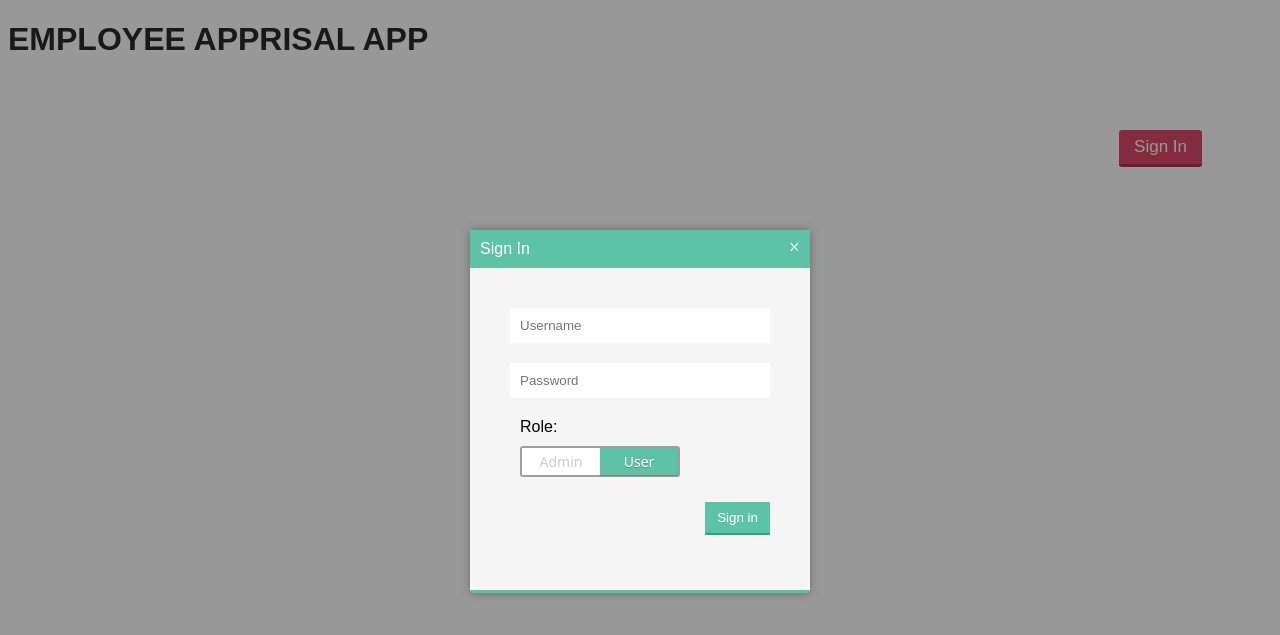
Repository: Mainak-Deb/EmployeeApprisalApp
Page: http://localhost/EmployeeApprisalForm/
These files come from the project's save history. The page is drawn as it stood at one moment and after the next save; the edit follows.
The browser window is 1280 px wide. The pictures show the whole page.
The page is served by Tomcat 9. Other server files are loaded and not shown.

Above is the page before, as saved 2023-06-27 11:09:09.

### EmployeeApprisalForm/src/main/webapp/WEB-INF/views/index.jsp
<%@ page language="java" contentType="text/html; charset=ISO-8859-1"
    pageEncoding="ISO-8859-1"%>
<!DOCTYPE html>
<html>
<head>
<meta charset="ISO-8859-1">
<title>Insert title here</title>
<link rel="stylesheet" href="public/styles/index.css" />
</head>
<body>
<h1>EMPLOYEE APPRISAL APP</h1>
<span class="button">Sign In</span>
<div class="modal-bg">
<div id="modal">
	<span>Sign In<a href="#close" id="close">&#215;</a></span>
	<form  action="login.do" method="post"  >
		<input id="username" name="username" type="text" placeholder="Username" required>
		<input id="password" name="password" type="password" placeholder="Password" required>
		<div>
	         <label for="role">Role:</label> <br>
	         <div class="radio">
				<input label="Admin" type="radio" id="admin" name="role" value="admin">
				<input label="User" type="radio" id="user" name="role" value="user" checked>
			</div>
		</div>

		<button name="submit" id="submit" type="submit">Sign in</button>
	</form>
</div>
</div>
<script src="https://code.jquery.com/jquery-3.6.0.min.js"></script>
<script src="public/js/index.js" ></script>
<script type="text/javascript">
$('.button').click(function(){
	  $('#modal').css('display','block');
	  $('.modal-bg').fadeIn();
});

	$('#close').click(function(){
		  $('.modal-bg').fadeOut();
		  $('#modal').fadeOut();
	  return false;
	});
</script>
</body>
</html>

### EmployeeApprisalForm/src/main/webapp/public/styles/index.css
@charset "ISO-8859-1";
body{
 /* background-color:#292B2C;*/
 font-family: 'PT Sans', sans-serif;
}
a{
	outline: 0;
	text-decoration: none;
}
.modal-bg{
	position:fixed;
	left:0;right:0;
	top:0;bottom:0;
	z-index:100;
	background-color:rgba(50,50,50,0.5);
}

.button{
	position:relative;
	font-size:17px;
	background:#DA244F;
	border-radius: 3px;
	border-bottom: 3px solid #B5002A;
	padding:7px 15px;
	color:#fff;
	cursor:pointer;
	float:right;
	margin:50px 70px;
 	-webkit-transition:margin 100ms;
	-moz-transition:margin 100ms;
	transition:margin 100ms ;
}
.button:active{
   margin: 53px 70px;
}
.button:hover{
	background:#C40532;
}
form{
	display:block;
	margin:30px;
  padding:px;
}
form *{
	margin:10px;
}
input:focus{
  outline:0;
}
input{
	width:240px;
	padding:10px;
	border:none;
	border-radius:1px;
}
button{
	float: right;
	padding: 8px 12px;
	margin-top: 15px;
	background: #5DC3A7;
	border: none;
	color: #fff;
	border-bottom: 2px solid #23AA84;
	border-radius: 1px;
	cursor: pointer;
}
button:active{
	margin: 18px 10px;
}
button:hover{
	background-color: #0FC491;
}
#forgot-link{
	font-size: 14px;
	line-height: 45px;
	color: #5DC3A7;
	display: inline-block;
}
#forgot-link:hover{
	color: #23AA84;
}
#modal{
	position:absolute;
	background-color:#F5F5F6;
	top:50%;
	left:50%;
	z-index:101;
	border-radius:3px;
	width:340px;
	height:360px;
	margin-top:-130px;
	margin-left:-170px;
	border-bottom: 3px solid #5DC3A7;
	box-shadow:0 0 10px 0 rgba(0,0,0,0.3);
}

#modal span{
	display: block;
	background:#5DC3A7;
	padding: 10px;
	color:#fff;
}
#close{
	float: right;
	color: #fff;
  margin-top:-4px;
	font-family: serif;
	font-size: 20px;
}
#close:hover{
	color:gray;
}


.radio {
	border-radius: 3px;
	border: 2px solid #2b2b2b6d;
	display:flex;
	flex-direction:row;
	width:60%;
}

.radio input {
	width: 50%;
	height: auto;
	margin:0px;
	margin-bottom:0px;
	-webkit-appearance: none;
	-moz-appearance: none;
	appearance: none;
	outline: none;
	cursor: pointer;
	border-radius:0px;
	padding: 4px 8px;
	background-color: rgba(255,255,255);
	color: #bdbdbdbd;
	font-size: 14px;
	font-family: system-ui, -apple-system, BlinkMacSystemFont, "Segoe UI", Roboto,
		"Helvetica Neue", Arial, "Noto Sans", sans-serif, "Apple Color Emoji",
		"Segoe UI Emoji", "Segoe UI Symbol", "Noto Color Emoji";
	transition: all 100ms linear;

}

.radio input:checked {
	background-color:  #5DC3A7;
	color: #fff;
	box-shadow: 0 1px 1px #0000002e;
	text-shadow: 0 1px 0px #79485f7a;
}

.radio input:before {
	content: attr(label);
	display: inline-block;
	text-align: center;
	width: 100%;
}

### EmployeeApprisalForm/src/main/webapp/public/js/index.js
$(".button").click(function () {
  $("#modal").css("display", "block");
  $(".modal-bg").fadeIn();
});

$("#close").click(function () {
  $(".modal-bg").fadeOut();
  $("#modal").fadeOut();
  return false;
});

After the next save:
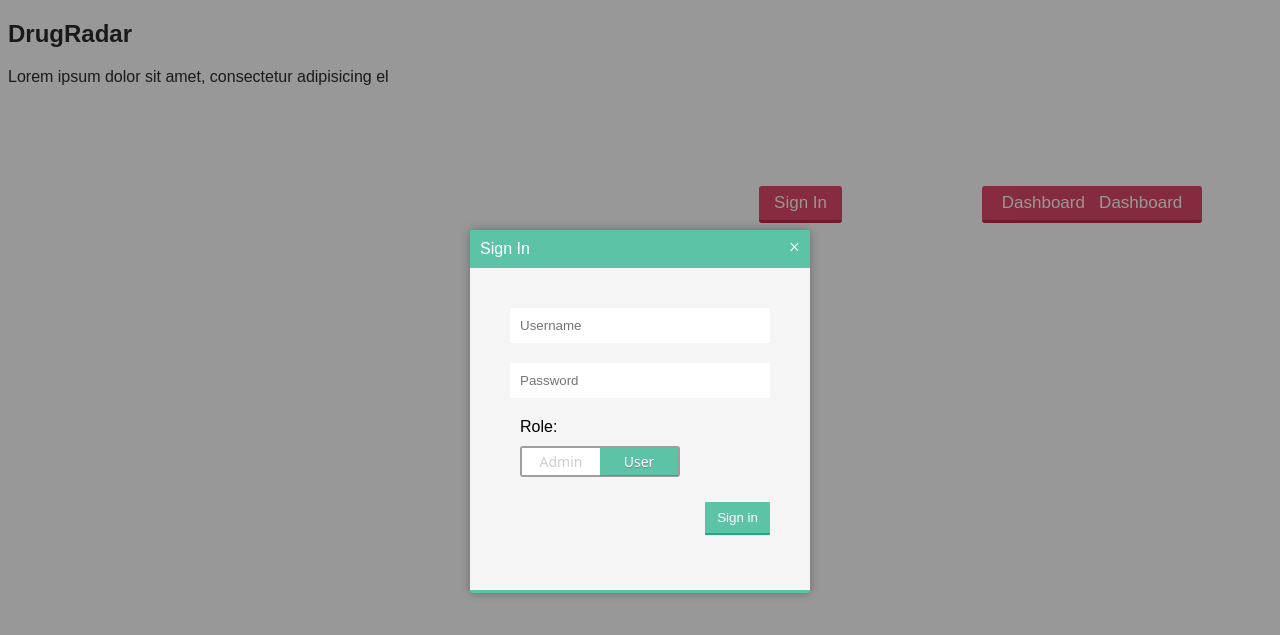
Saved 5 min 55 s later.
--- a/EmployeeApprisalForm/src/main/webapp/WEB-INF/views/index.jsp
+++ b/EmployeeApprisalForm/src/main/webapp/WEB-INF/views/index.jsp
@@ -8,7 +8,27 @@
 <link rel="stylesheet" href="public/styles/index.css" />
 </head>
 <body>
-<h1>EMPLOYEE APPRISAL APP</h1>
+<div class="container">
+        <div class="content">
+            <div class="square twitch" style="margin-bottom: 50px;">
+                <span class="one" ></span>
+                <span class="two"></span>
+                <span class="three"></span>
+                <div class="circle">
+                    <h2 class="DrugRadar"> DrugRadar
+
+                    </h2>
+                    <p>Lorem ipsum dolor sit amet, consectetur adipisicing el</p>
+                </div>
+            </div>
+
+            <a href="{{route('dashboard.index')}}" class="button" target="_parent">
+                    <span class="actual-text">&nbsp;Dashboard&nbsp;</span>
+                    <span class="hover-text" aria-hidden="true">&nbsp;Dashboard&nbsp;</span>
+            </a>
+        </div>
+    </div>
+
 <span class="button">Sign In</span>
 <div class="modal-bg">
 <div id="modal">
